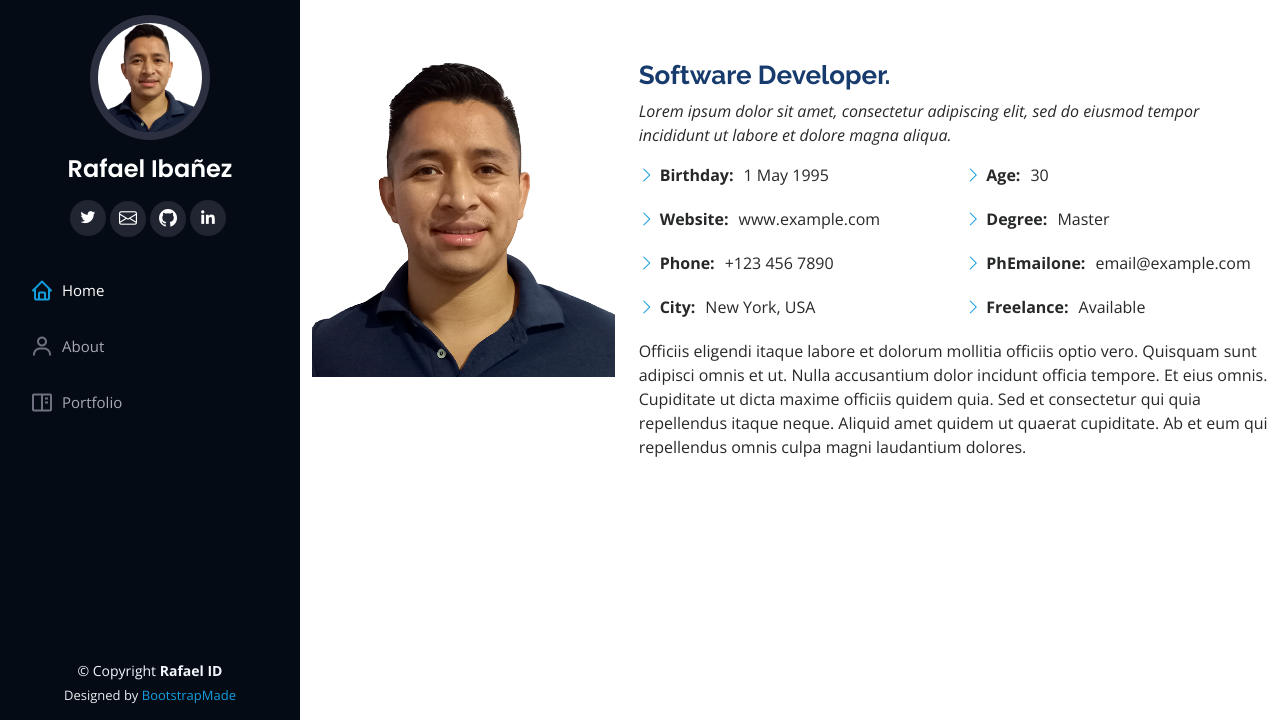
Repository: ralfId/myportfolio
Page: /about
An editor plug-in stored every save of this project. The page is shown before and after the next save, followed by the edit.
The browser window is 1280 px wide. The pictures show the whole page.
The project was rebuilt for these pictures with package versions that can differ from the ones it lists, and the page was loaded fresh each time. Also part of the build but not shown: src/components/Home.js, src/data/projects.js, src/components/Projects/ProjectItem.js, src/components/Projects/ProjectIndex.js, src/helpers/ProjectById.js, src/components/Projects/ProjectDetail.js.

Above is the page before, as saved 2021-09-20 18:56:53.

After the next save:
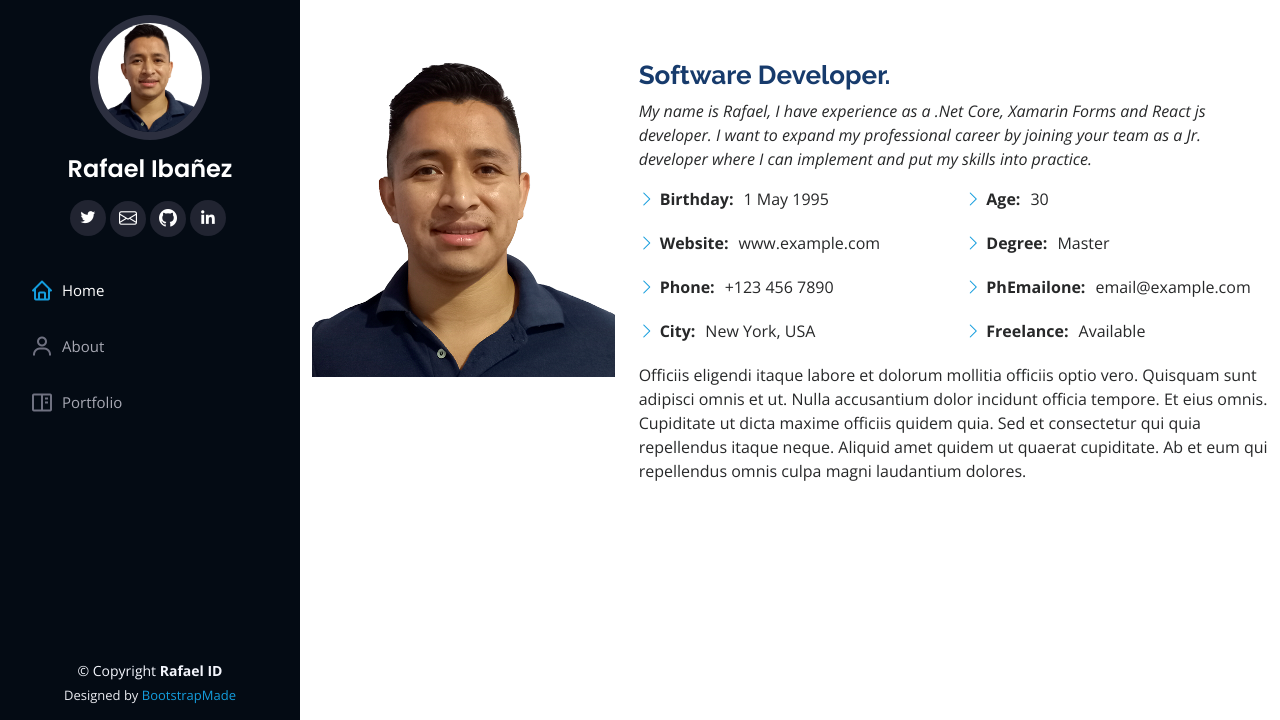
Saved 44 s later.
--- a/src/components/About.js
+++ b/src/components/About.js
@@ -13,8 +13,9 @@ export const About = () => {
                     <div className="col-lg-8 pt-4 pt-lg-0 content" data-aos="fade-left">
                         <h3>Software Developer.</h3>
                         <p className="fst-italic">
-                            Lorem ipsum dolor sit amet, consectetur adipiscing elit, sed do eiusmod tempor incididunt ut labore et dolore
-                            magna aliqua.
+                        My name is Rafael, I have experience as a .Net Core, Xamarin Forms and React js developer.
+                        I want to expand my professional career by joining your team as a Jr. developer where
+                        I can implement and put my skills into practice.
                         </p>
                         <div className="row">
                             <div className="col-lg-6">
